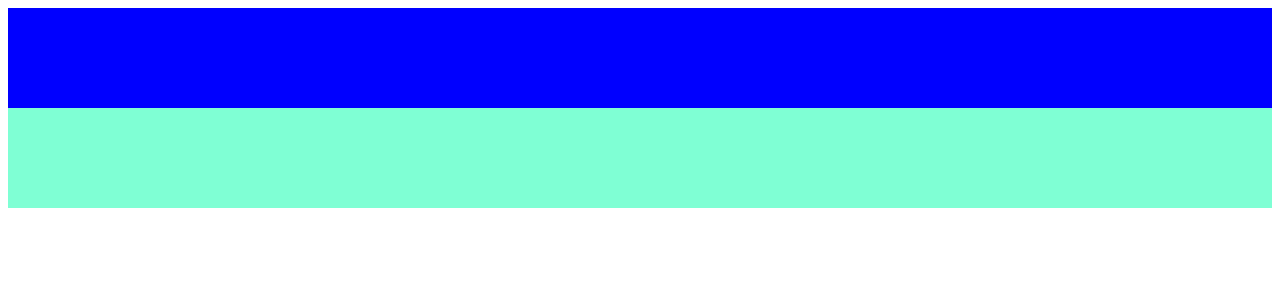
Repository: nepali2385/FUll-stack-practice
Page: Day5/Day5/index.html
The author's editor kept a copy of each file at every save. The page is drawn from the files as they stood at one save, then again after the next save.
The browser window is 1280 px wide. The pictures show the whole page.

Above is the page before, as saved 2024-08-27 14:33:42.

### Day5/Day5/index.html
<!DOCTYPE html>
<html lang="en">
<head>
    <meta charset="UTF-8">
    <meta name="viewport" content="width=device-width, initial-scale=1.0">
    <title>Document</title>
    <link rel="stylesheet" href="style.css">
</head>
<body>
    <!-- understanding em -->
    <!-- <div class="parent" >
        <button class="submitbtn">Submit</button>
        <p class="text">hello</p>
    </div> -->
    <!-- <button class="btn">submit</button>
    <button class="btn large">submit</button>
    <button class="btn small">submit</button> -->
    <!-- <button class="btn">submit</button>
    <button class="btn large">submit</button>
    <button class="btn small">submit</button> -->
<!-- understanding %  -->
<div class="p">
    <div class="c">
        <div class="cc">

        </div>

    </div>
</div>
</body>
</html>

### Day5/Day5/style.css
/* *{
    margin: 0;
    padding: 0;
box-sizing: border-box;
}

.submitbtn{
    width:10em;
    background-color: aqua;
}
.parent{
    width: 10em;
    background-color: rgb(32, 181, 29);
    padding: 16px;
    font-size: 30px;
}
.text{
background-color: rgb(141, 165, 194);
font-size: 2em;
width: 10em;
} */
/*  */
/* .btn{
    border:none;
    padding:0.5em 1rem;
    background-color:green;
    border-radius: 0.3rem;
    color:white;
    font-size: 18px;

transition: all 300ms ease;
}
.btn:hover{
    background-color: aqua;
}
.btn:active{

    scale: 0.5;
}
.large{
    font-size: 32px;
}
.small{
    font-size: 12px;
} */
 .p{
    height: 200px;
    background-color: aquamarine;

 }
 .c{
    height: 50%;
    background-color: blue;

 }

After the next save:
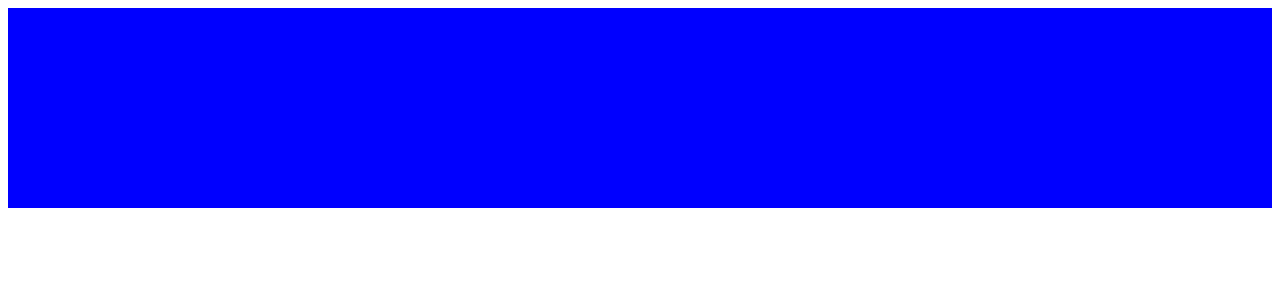
Saved 76 s later.
--- a/Day5/Day5/index.html
+++ b/Day5/Day5/index.html
@@ -26,6 +26,13 @@
         </div>
 
     </div>
+    <div class="c">
+        <div class="cc">
+
+        </div>
+
+    </div>
 </div>
+
 </body>
 </html>
